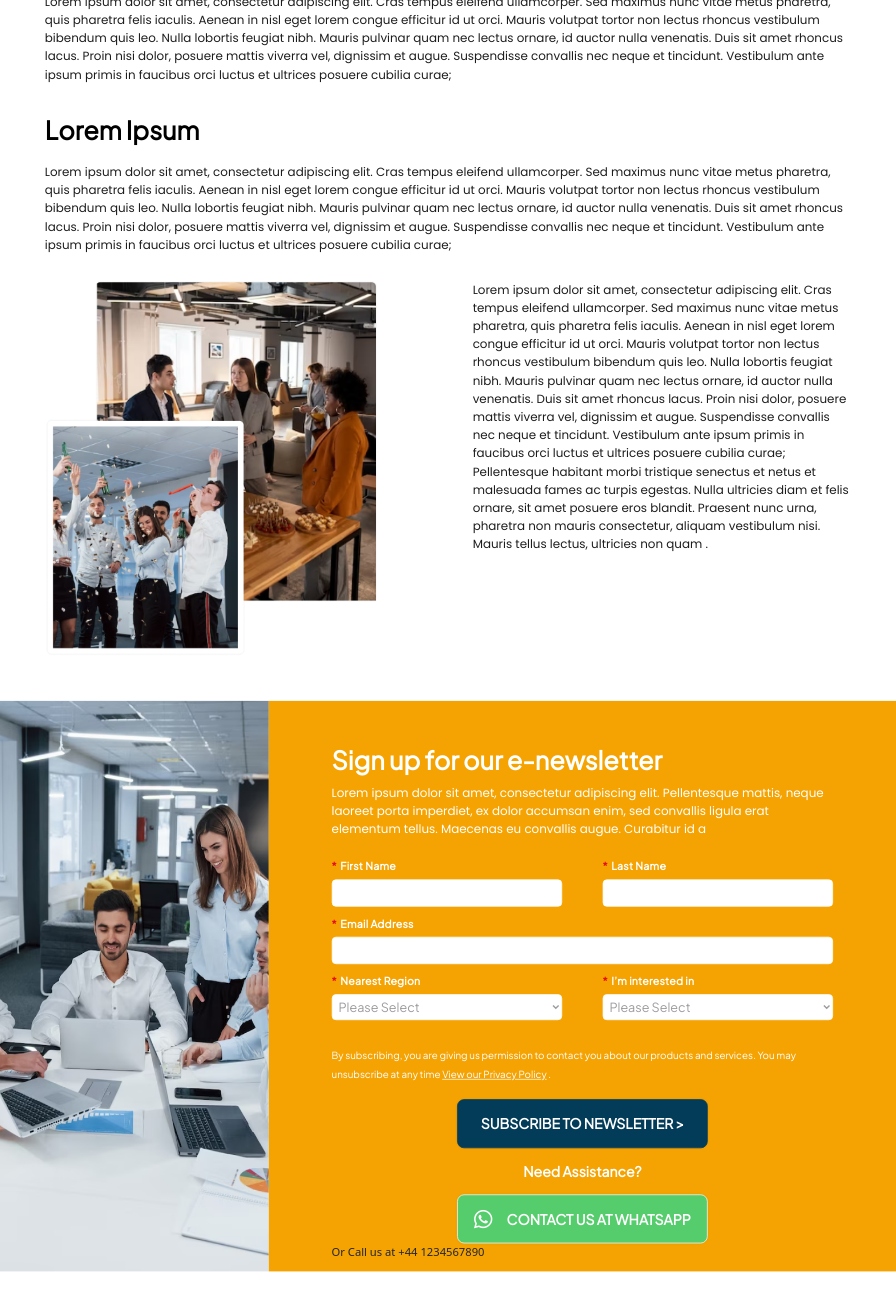
Repository: Akash8377/Hospitality-website
Page: /about-us
These files come from the project's save history. The page is drawn as it stood at one moment and after a run of saves; the edit follows.
The browser window is 1280 px wide. The pictures show the part of the page from y = 806 to 2726 px (the page is 2686 px tall before and 2726 px after), at 70% of full size.
Some web libraries are served in a nearby version. The project was rebuilt for these pictures with package versions that can differ from the ones it lists, and the page was loaded fresh each time. Also part of the build but not shown: src/Component/Partial/heading-cont.js, src/Component/Shared/about-us.js, src/Component/Shared/Banner.js, src/Component/Shared/popular-jobs.js, src/Component/Sliders/ServiceSlider.js, src/Component/Sliders/ReviewSlider.js, src/Component/Partial/index-banner.js, src/Component/Partial/index-buisness-banner.js and 2 more.

Above is the page before, as saved 2023-07-07 12:24:10.

### public/index.html
<!-- @format -->

<!DOCTYPE html>
<html lang="en">
  <head>
    <meta charset="utf-8" />
    <link rel="icon" href="%PUBLIC_URL%/favicon.ico" />
    <meta name="viewport" content="width=device-width, initial-scale=1" />
    <meta name="theme-color" content="#000000" />
    <meta
      name="description"
      content="Web site created using create-react-app"
    />
    <link rel="apple-touch-icon" href="%PUBLIC_URL%/logo192.png" />
    <link rel="manifest" href="%PUBLIC_URL%/manifest.json" />

    <link rel="preconnect" href="https://fonts.googleapis.com" />
    <link rel="preconnect" href="https://fonts.gstatic.com" crossorigin />
    <link href="https://fonts.googleapis.com/css2?family=Plus+Jakarta+Sans&family=Poppins&display=swap" rel="stylesheet">
    <title>React App</title>
  </head>
  <body>
    <noscript>You need to enable JavaScript to run this app.</noscript>
    <div id="root"></div>
  </body>
  <script src="https://kit.fontawesome.com/b533b351e4.js" crossorigin="anonymous"></script>
</html>

### src/index.css
/** @format */

body {
  margin: 0;
  padding: 0;
  font-family: -apple-system, BlinkMacSystemFont, "Segoe UI", "Roboto", "Oxygen",
    "Ubuntu", "Cantarell", "Fira Sans", "Droid Sans", "Helvetica Neue",
    sans-serif;
  -webkit-font-smoothing: antialiased;
  -moz-osx-font-smoothing: grayscale;
}

code {
  font-family: source-code-pro, Menlo, Monaco, Consolas, "Courier New",
    monospace;
}

### src/Css/Navbar.css
/** @format */

.Navbar {
  display: flex;
  justify-content: space-evenly;
  box-shadow: 0px 10px 30px 0px rgba(0, 0, 0, 0.25);
  background-color: #033c59;
  padding: 20px;
  align-items: center;
}
.Navbar .main {
  width: 15%;
  text-align: center;
}
.Navbar .main a {
  text-decoration: none;
  color: #fff;
  font-size: 20px;
  font-family: Plus Jakarta Sans;
  font-style: normal;
  font-weight: 400;
  line-height: 24px;
  letter-spacing: 1px;
  margin: 0;
}

.Navbar .main img {
  display: block;
  margin: auto;
  max-width: 100%;
}
.Navbar .main div {
  border-radius: 24px;
  border: 1px solid #f3f4f6;
  background: #eee;
  padding: 8px;
  display: flex;
  justify-content: space-between;
  padding-left: 10px;
  padding-right: 10px;
}
.Navbar .main div input {
  border: none;
  background-color: transparent;
  outline: none;
  color: #6b7280;
  font-size: 14px;
  font-family: Plus Jakarta Sans;
  font-style: normal;
  font-weight: 400;
  line-height: normal;
  width: 80%;
}
.Navbar .main button {
  border-radius: 8px;
  background: #f5a302;
  width: 120px;
  padding: 10px;
  color: #fff;
  text-align: center;
  font-size: 16px;
  font-family: Plus Jakarta Sans;
  font-style: normal;
  font-weight: 800;
  line-height: normal;
  outline: none;
  border: 1px solid #f5a302;
}

.Navbar .main a:focus{
    font-weight: 700;
}

### src/Component/Partial/About Us Component/Newsletter.js
/** @format */

import React from "react";

const Newsletter = () => {
  return (
    <div className="About-Us_Newsletter">
      <div className="left">
        <img src="./Image/12.png" alt="" />
      </div>
      <div className="right">
        <div className="content">
          <h5>Sign up for our e-newsletter</h5>
          <p className="desc">
            Lorem ipsum dolor sit amet, consectetur adipiscing elit.
            Pellentesque mattis, neque laoreet porta imperdiet, ex dolor
            accumsan enim, sed convallis ligula erat elementum tellus. Maecenas
            eu convallis augue. Curabitur id a
          </p>

          <form>
            <div className="Two_Inputs">
              <div>
                <label>
                  <span>*</span>First Name
                </label>
                <input type="text" />
              </div>
              <div>
                <label>
                  <span>*</span>Last Name
                </label>
                <input type="text" />
              </div>
            </div>
            <div className="Single_Input">
              <div>
                <label>
                  <span>*</span>Email Address
                </label>
                <input type="email" />
              </div>
            </div>
            <div className="Two_Inputs">
              <div>
                <label>
                  <span>*</span>Nearest Region
                </label>
                <select>
                  <option>Please Select</option>
                </select>
              </div>
              <div>
                <label>
                  <span>*</span>I’m interested in
                </label>
                <select>
                  <option>Please Select</option>
                </select>
              </div>
            </div>
          </form>

          <p className="Policy">
          By subscribing, you are giving us permission to contact you about our products and services. You may unsubscribe at any time <span>View our Privacy Policy</span> .
          </p>

          <button className="NewsLetter_Button">
          SUBSCRIBE TO NEWSLETTER  {">"}
          </button>

          <p className="Assistance_P">
          Need Assistance?
          </p>

          <button className="Whatsapp_Button">
          <i className="fa-brands fa-whatsapp"></i> CONTACT US AT WHATSAPP
          </button>

          <div className="contact_Detail">
          <p>Or Call us at  +44 1234567890</p>

          </div>

        </div>
      </div>
    </div>
  );
};

export default Newsletter;

Loaded but not shown: src/index.js (common file); src/Component/Partial/About Us Component/two-section.js (33 lines, source omitted); src/Component/Partial/About Us Component/Banner.js (18 lines, source omitted); src/Component/Navbar/Navbar.js (45 lines, source omitted); src/Component/Partial/About Us Component/content-description.js (12 lines, source omitted); src/Pages/AboutUs.js (23 lines, source omitted); src/App.js (24 lines, source omitted); src/Css/Lap.css (956 lines, source omitted)

After the next 3 saves:
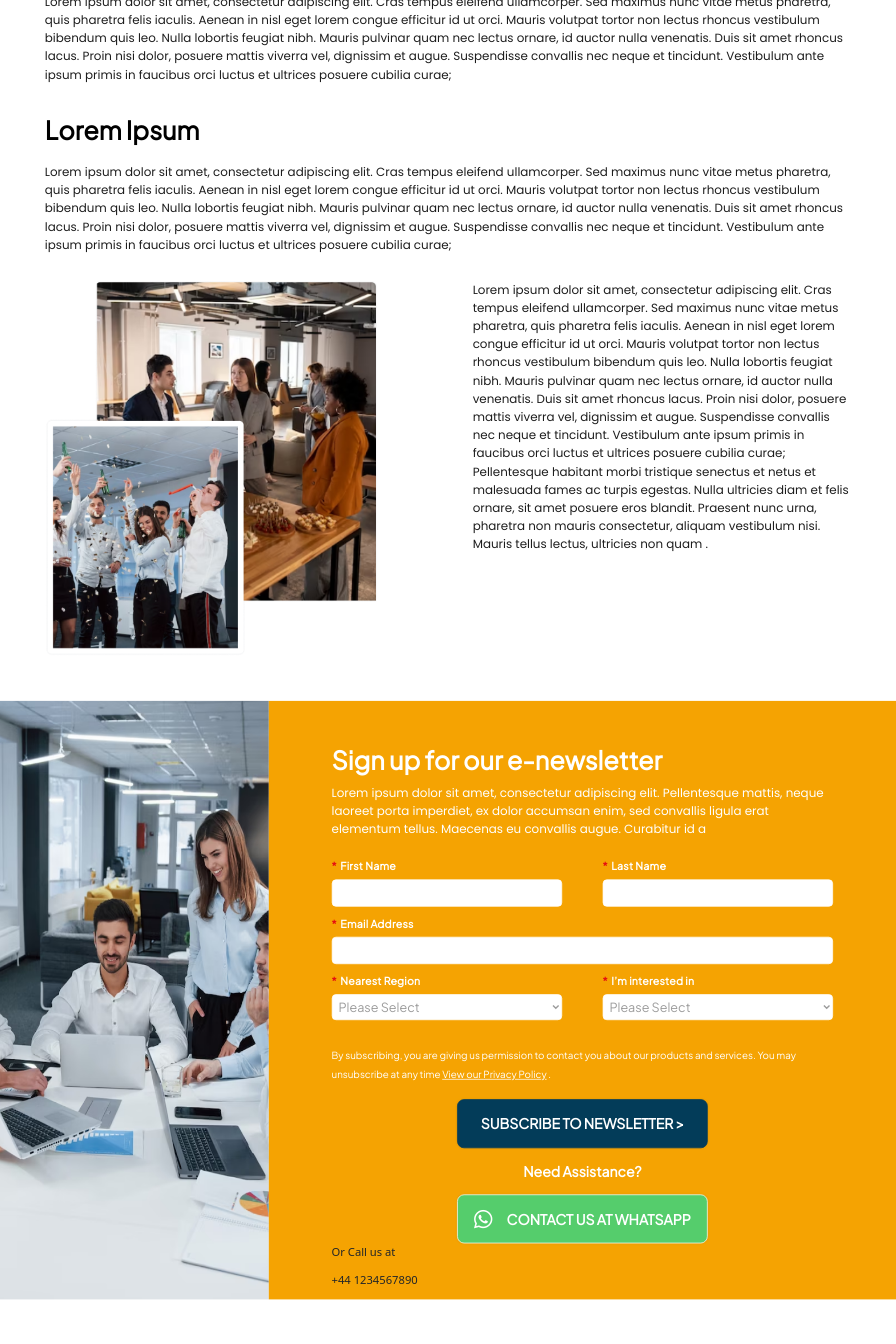
The 3 saves are shown as one change because 1 did not build or start and some came seconds apart.
The last was saved 12 s later.
--- a/src/Component/Partial/About Us Component/Newsletter.js
+++ b/src/Component/Partial/About Us Component/Newsletter.js
@@ -78,8 +78,8 @@ const Newsletter = () => {
           </button>
 
           <div className="contact_Detail">
-          <p>Or Call us at  +44 1234567890</p>
-
+          <p>Or Call us at  </p>
+          <p>+44 1234567890</p>
           </div>
 
         </div>
